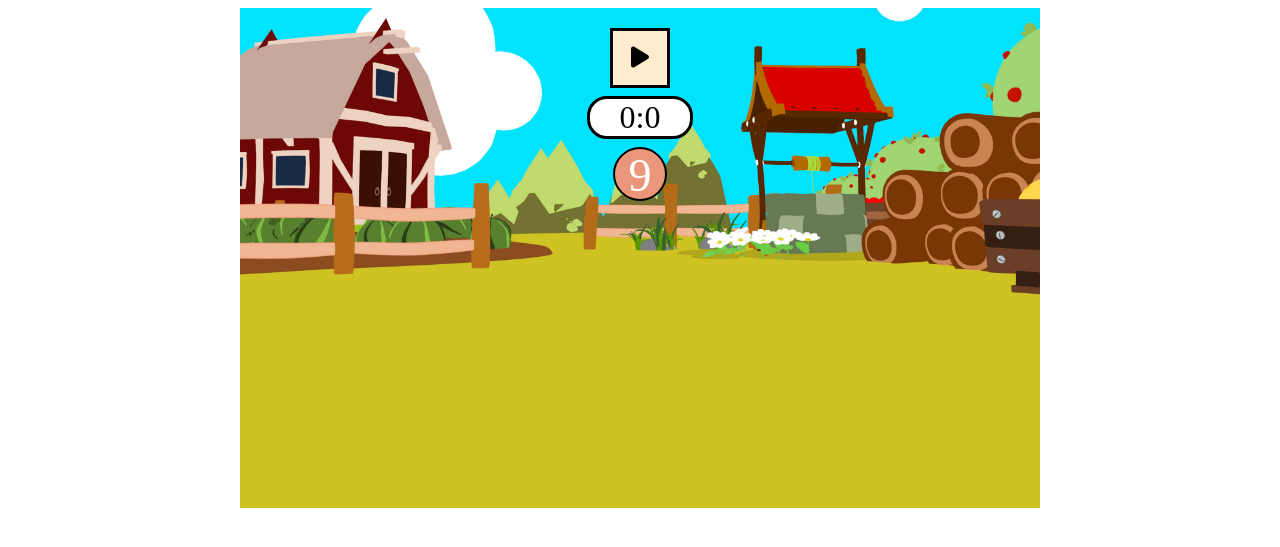
Repository: ggandory/browser101
Page: chapter7/carrot/index.html
An editor plug-in stored every save of this project. The page is shown before and after the next save, followed by the edit.
The browser window is 1280 px wide. The pictures show the whole page.
Some web libraries are served in a nearby version.

Above is the page before, as saved 2024-05-01 23:13:38.

After the next save:
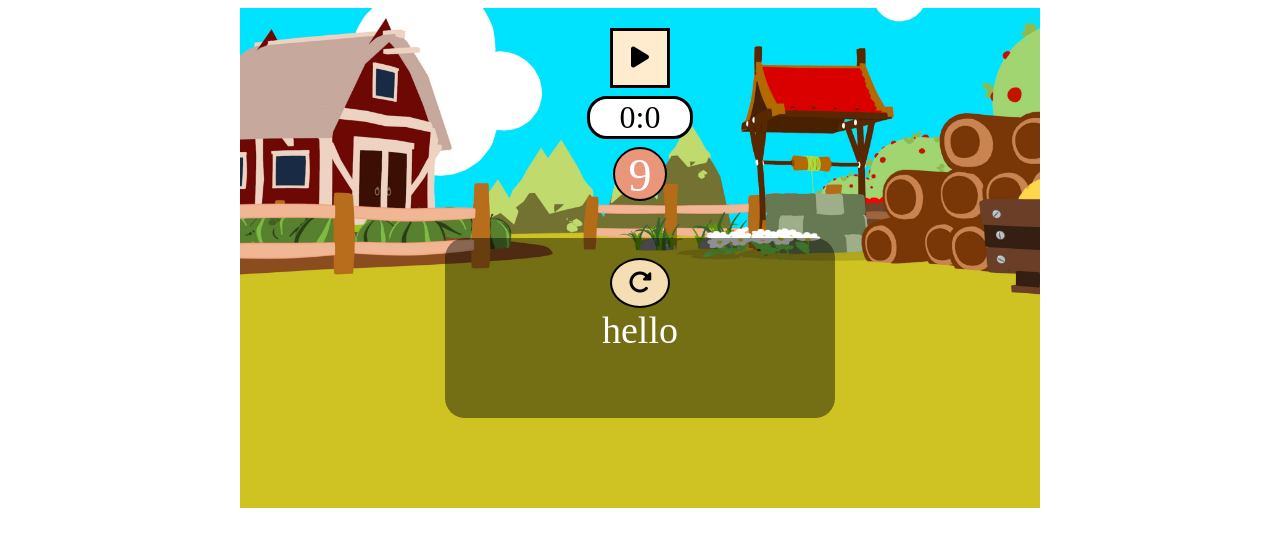
Saved 11 s later.
--- a/chapter7/carrot/index.html
+++ b/chapter7/carrot/index.html
@@ -22,7 +22,7 @@
       </header>
       <section class="game_field"></section>
     </section>
-    <section class="pop-up pop-up-hide">
+    <section class="pop-up">
       <button class="pop-up_refresh">
         <i class="fa-solid fa-rotate-right"></i>
       </button>

After the save that followed:
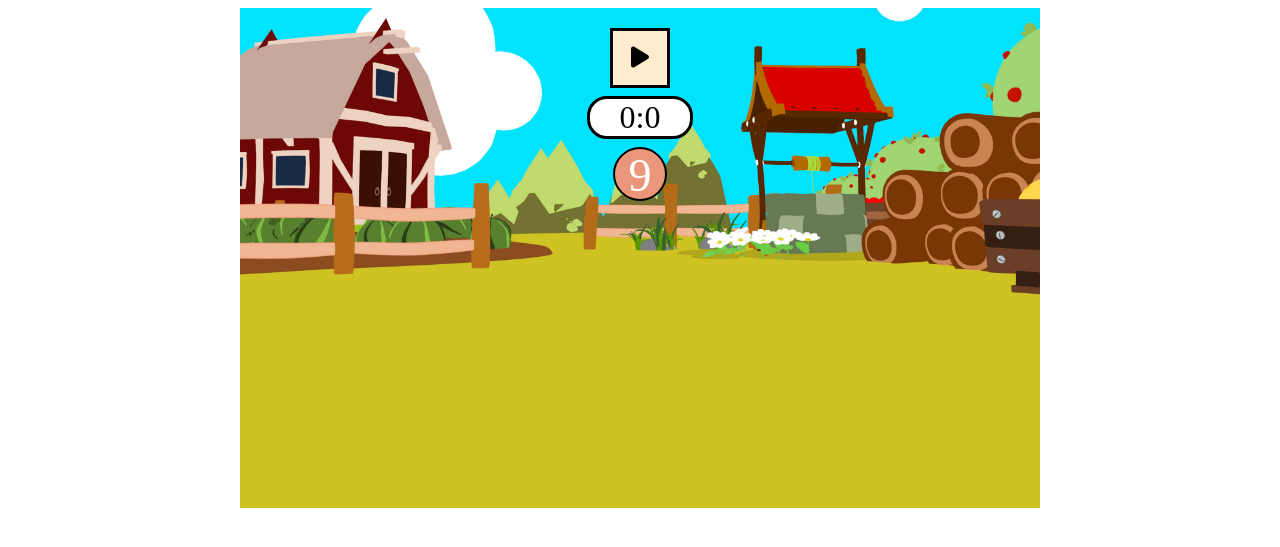
Saved 5 s later.
--- a/chapter7/carrot/index.html
+++ b/chapter7/carrot/index.html
@@ -22,7 +22,7 @@
       </header>
       <section class="game_field"></section>
     </section>
-    <section class="pop-up">
+    <section class="pop-up pop-up-hide">
       <button class="pop-up_refresh">
         <i class="fa-solid fa-rotate-right"></i>
       </button>
